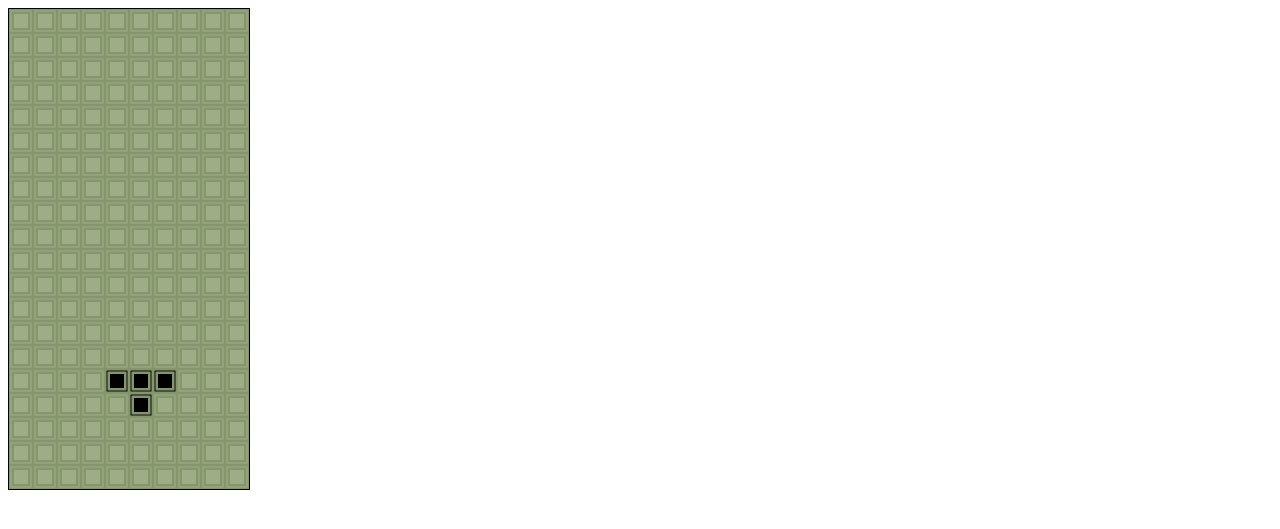
Repository: yzarc204/tetris-web
Page: index.html
The author's editor kept a copy of each file at every save. The page is drawn from the files as they stood at one save, then again after the next save.
The browser window is 1280 px wide. The pictures show the whole page.

Above is the page before, as saved 2021-09-20 20:35:08.

After the next save:
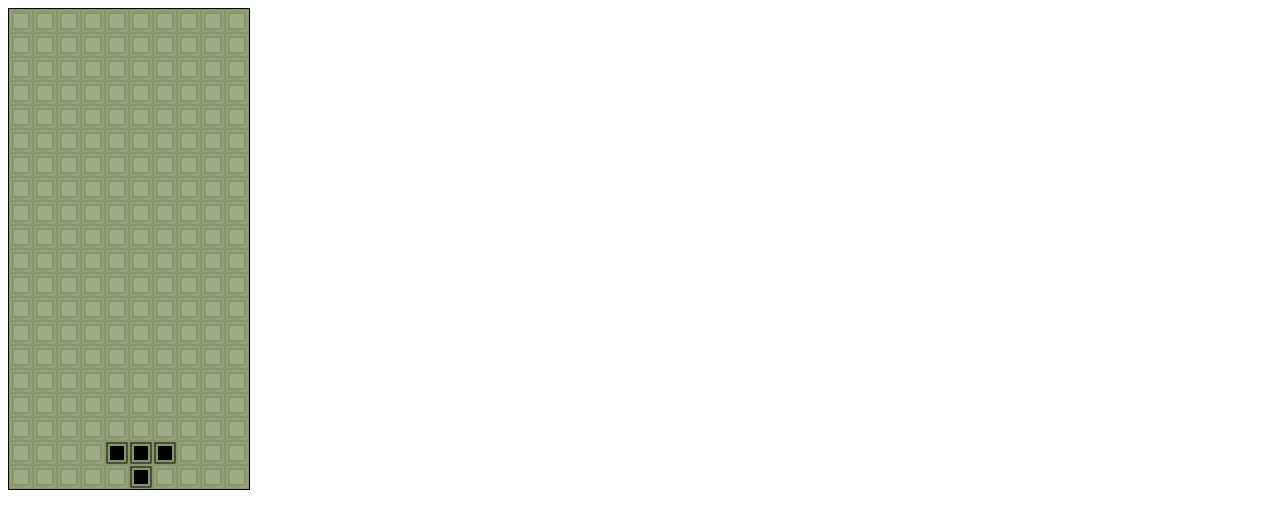
Saved 90 s later.
--- a/js/brick.js
+++ b/js/brick.js
@@ -1,7 +1,7 @@
 class Brick {
     constructor(tetris, row, col, shape) {
         this.tetris = tetris;
-        this.row = 0;
+        this.row = row;
         this.col = 4;
         this.map = BRICK_SHAPES[shape];
         this.pixels = [];
